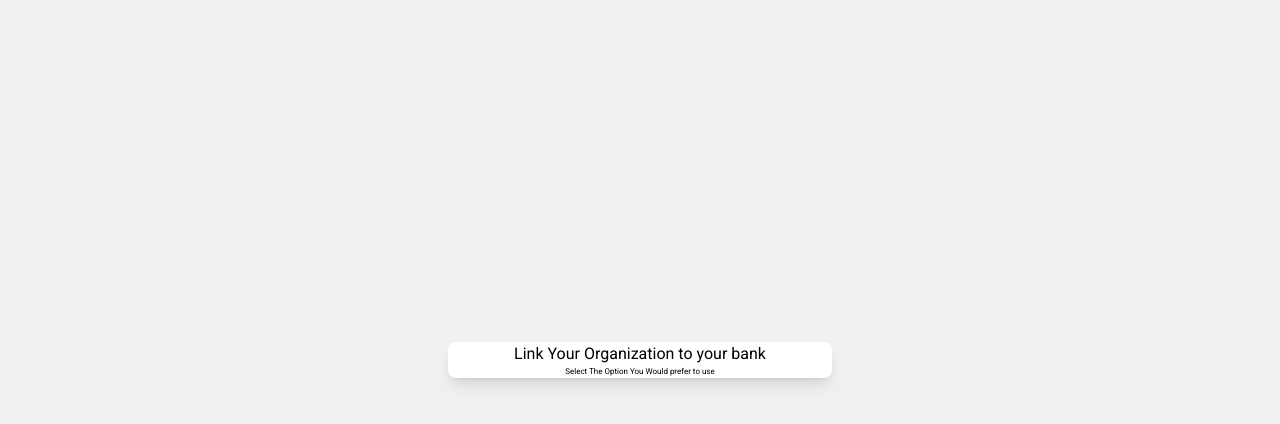
Repository: Nathan-spec/link_to_org
Page: /
The author's editor kept a copy of each file at every save. The page is drawn from the files as they stood at one save, then again after a run of saves.
The browser window is 1280 px wide. The pictures show the whole page.
The project was rebuilt for these pictures with package versions that can differ from the ones it lists, and the page was loaded fresh each time. The framework's server and built-in components were replaced by stand-ins that run in the browser. Also part of the build but not shown: next.config.ts.

Above is the page before, as saved 2024-10-25 13:13:33.

After the next 4 saves:
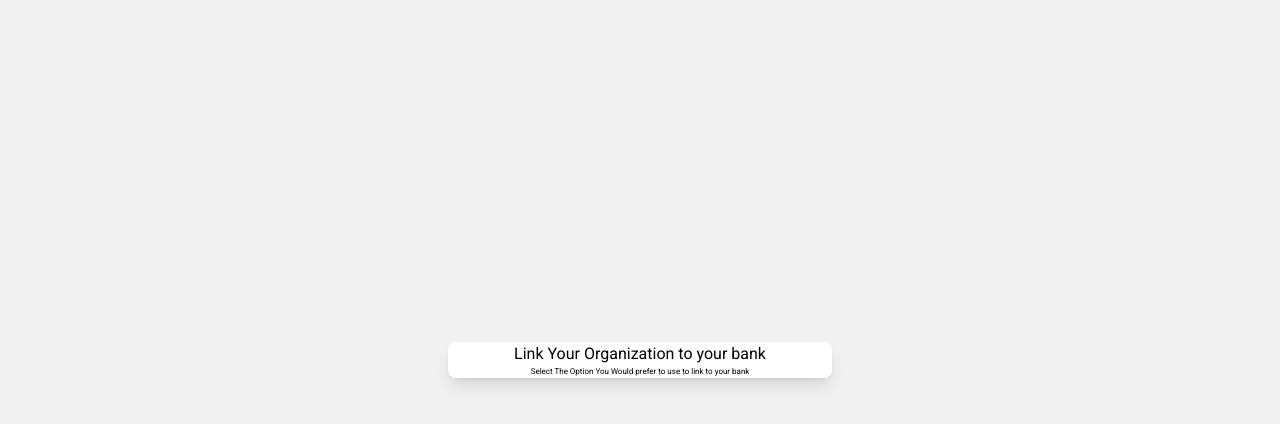
The 4 saves are shown as one change because they came seconds apart.
The last was saved 12 s later.
--- a/app/page.tsx
+++ b/app/page.tsx
@@ -18,7 +18,7 @@ export default function Home() {
         Link Your Organization to your bank
       </h1>
       <h3 style={{fontSize: '8px', color: 'black', textAlign: 'center', }}>
-        Select The Option You Would prefer to use
+         Select The Option You Would prefer to use to link to your bank
       </h3>
       </div>
     </div>
